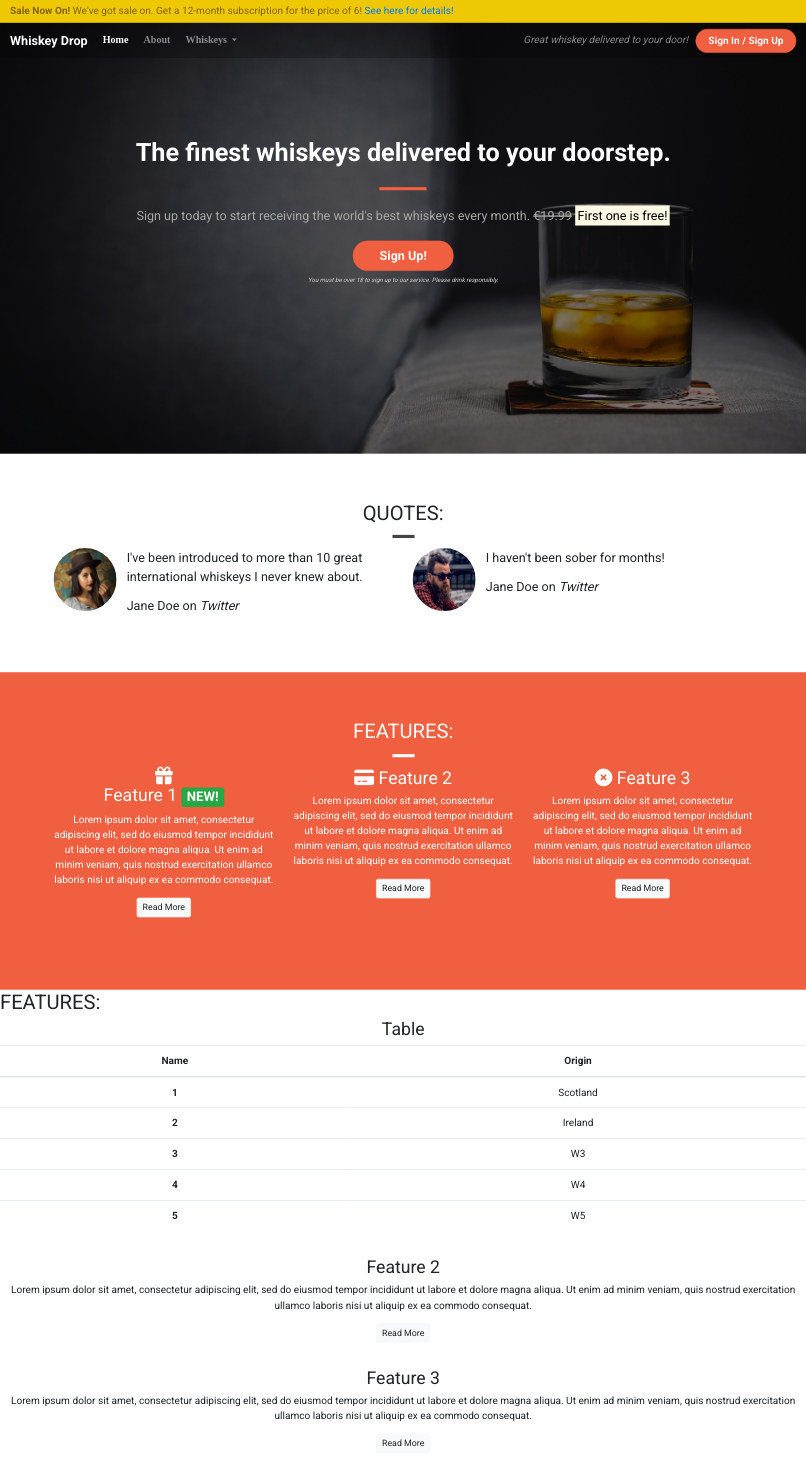
Repository: Coder731/blank_for_aws
Page: index2.html
The author's editor kept a record of every edit. The page is drawn from the files as they stood at one moment, then again after the next edit.
The browser window is 1280 px wide. The pictures show the whole page, at 63% of full size.
Backgrounds fixed to the window are drawn as part of the page. Some web libraries are served in a nearby version.

Above is the page before.

After the next edit:
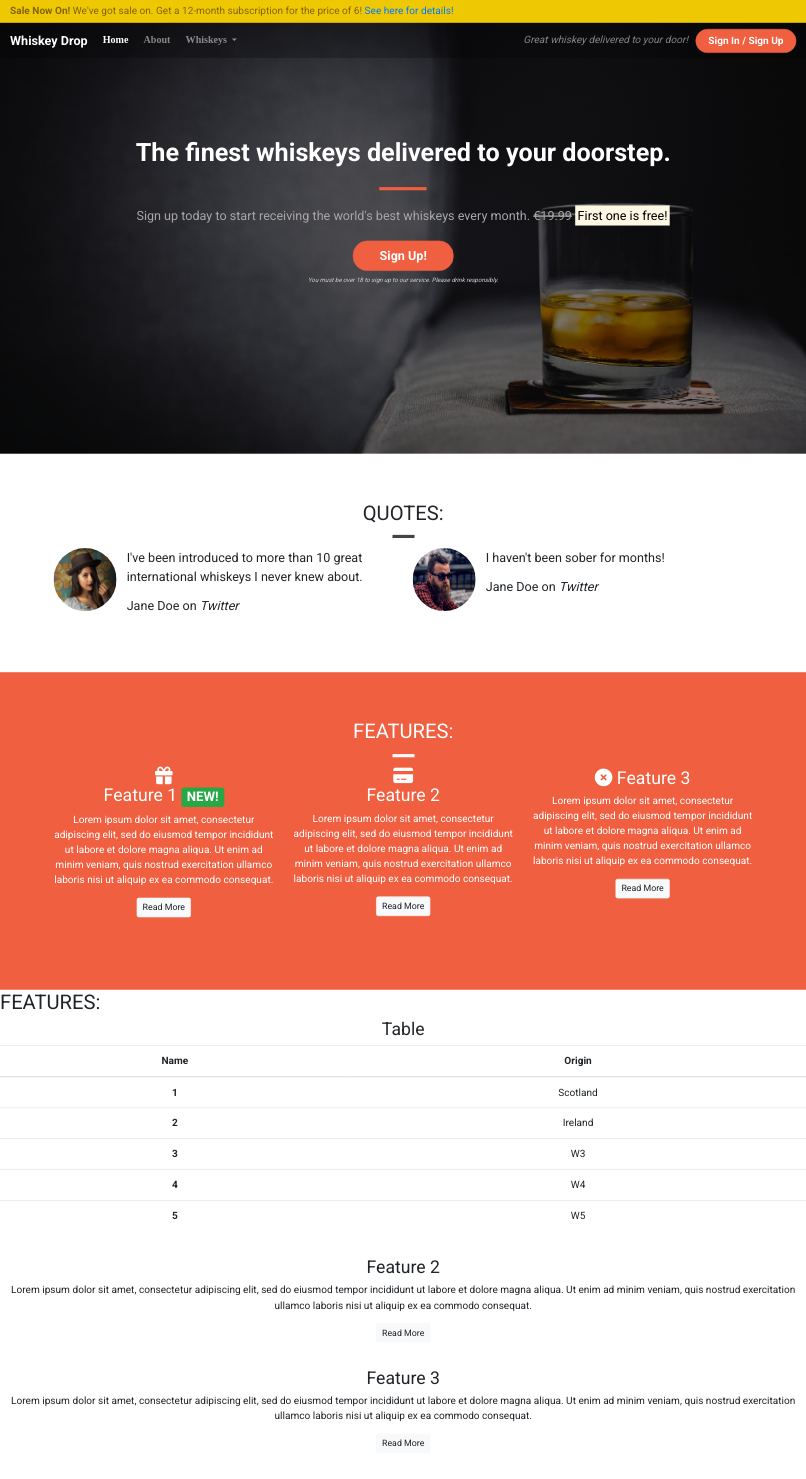
The edit:
--- a/index2.html
+++ b/index2.html
@@ -140,7 +140,7 @@
                         </div>
                         <div class="col-12 col-md-6 col-lg-4">
                             <div class="feature">
-                                <h3><i class="fas fa-credit-card d-none d-sm-inline"></i> Feature 2</h3>
+                                <h3><i class="fas fa-credit-card d-none d-sm-block"></i> Feature 2</h3>
                                 <p>Lorem ipsum dolor sit amet, consectetur adipiscing elit, sed do eiusmod tempor incididunt ut labore et dolore magna aliqua. Ut enim ad minim veniam, quis nostrud exercitation ullamco laboris nisi ut aliquip ex ea commodo consequat.</p>
                                 <p><a class="btn btn-sm btn-light" href="">Read More</a></p>
                             </div>
